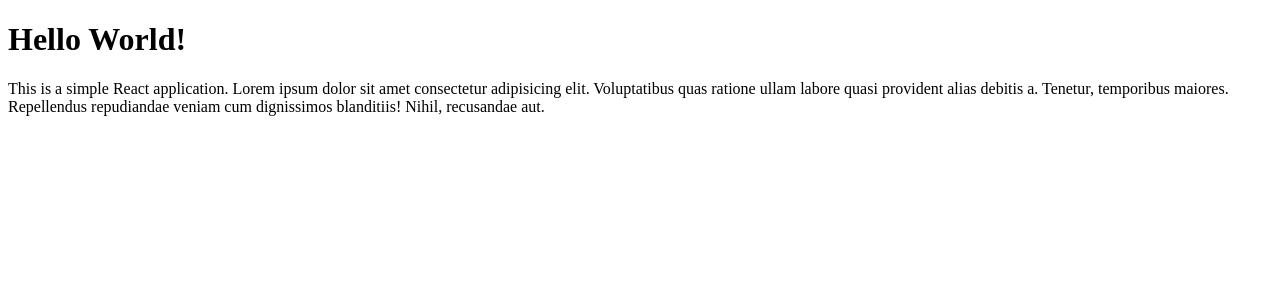
Repository: deniseada/class1
Page: /
An editor plug-in stored every save of this project. The page is shown before and after the next save, followed by the edit.
The browser window is 1280 px wide. The pictures show the whole page.
The project was rebuilt for these pictures with package versions that can differ from the ones it lists, and the page was loaded fresh each time. Also part of the build but not shown: vite.config.js, src/index.css.

Above is the page before, as saved 2025-09-10 13:32:04.

After the next save:
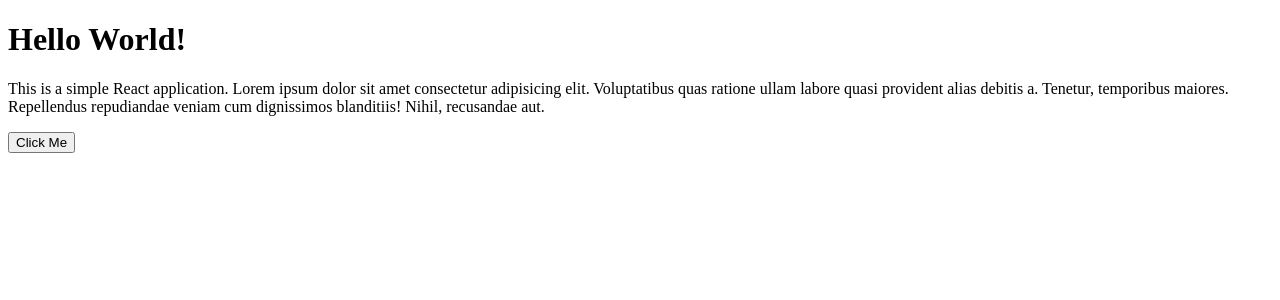
Saved 43 s later.
--- a/src/App.jsx
+++ b/src/App.jsx
@@ -9,6 +9,7 @@ function App() {
         Repellendus repudiandae veniam cum dignissimos blanditiis! Nihil,
         recusandae aut.
       </p>
+      <button>Click Me</button>
     </div>
   );
 }
